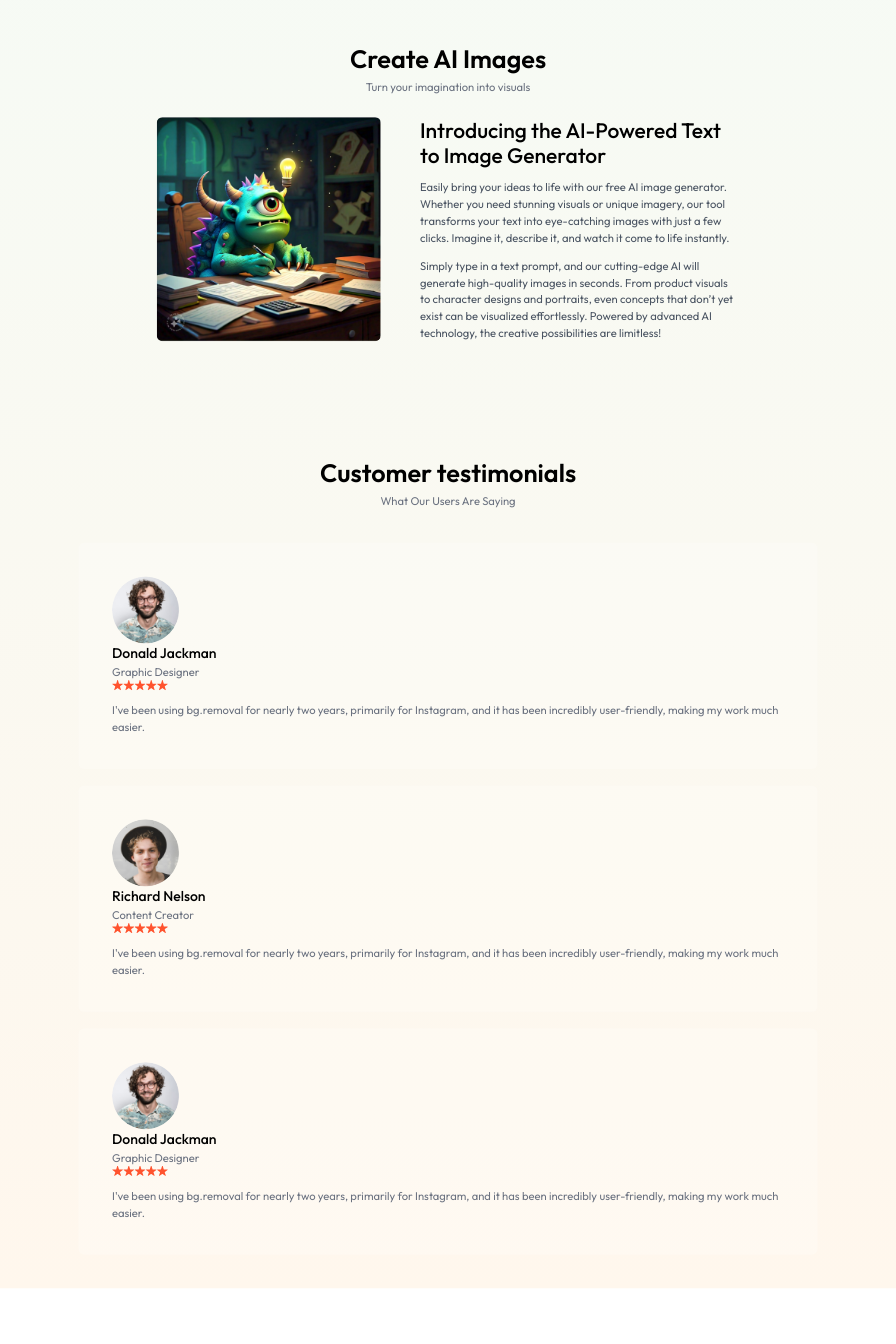
Repository: Abrammse/Abraify
Page: /
The author's editor kept a copy of each file at every save. The page is drawn from the files as they stood at one save, then again after a run of saves.
The browser window is 1280 px wide. The pictures show the part of the page from y = 1359 to 3279 px (the page is 3279 px tall), at 70% of full size.
The project was rebuilt for these pictures with package versions that can differ from the ones it lists, and the page was loaded fresh each time. Also part of the build but not shown: vite.config.js, src/pages/Buycredit.jsx.

Above is the page before, as saved 2024-11-25 12:08:03.

After the next 4 saves:
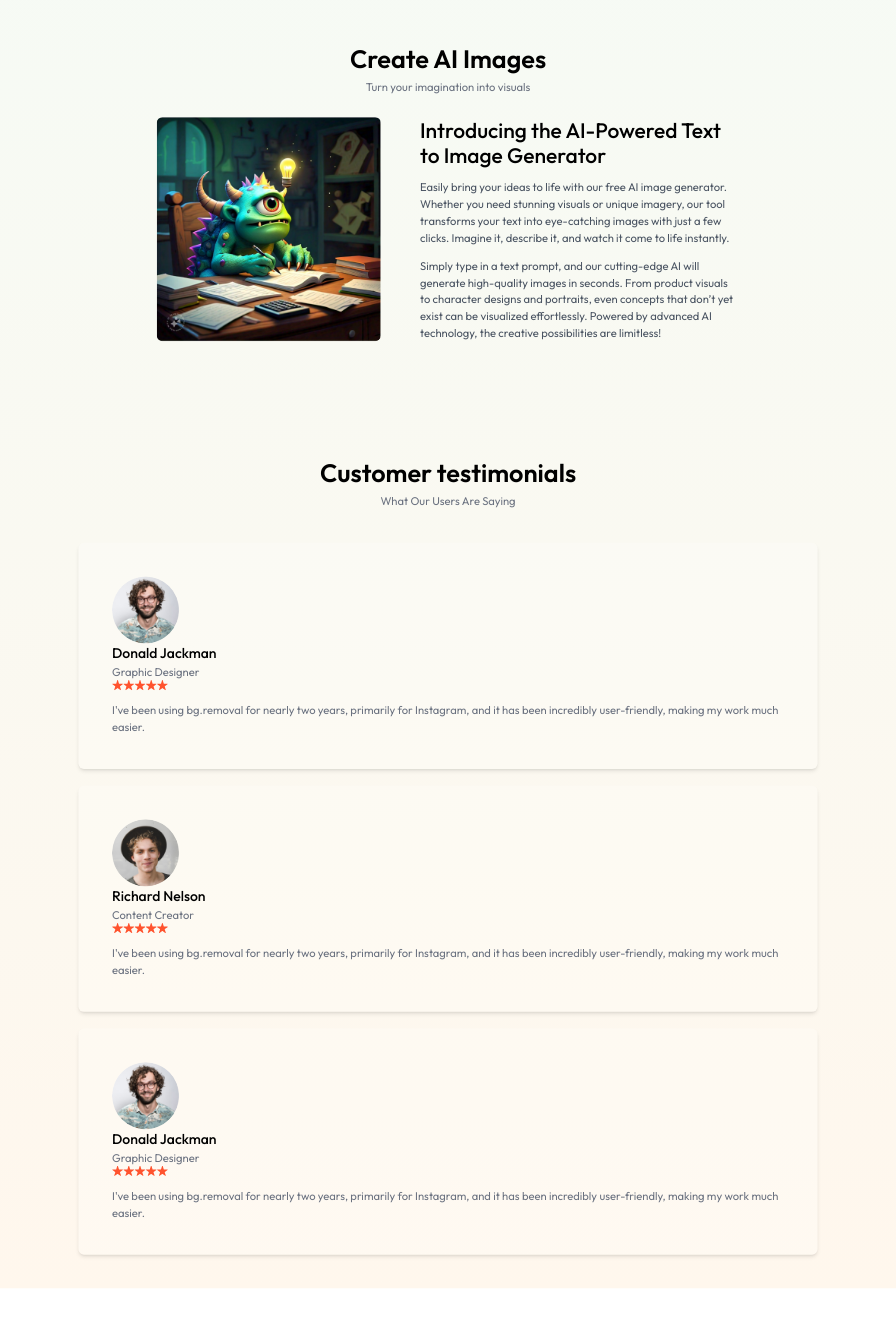
The 4 saves are shown as one change because they came seconds apart.
The last was saved 12 s later.
--- a/src/components/testimonials.jsx
+++ b/src/components/testimonials.jsx
@@ -9,7 +9,7 @@ const Testimonials = () => {
 
             <div className='flex flex-wrap gap-6 '>
         {testimonialsData.map((item,index)=>(
-            <div  key={index}  className='bg-white/20 p-12 rounded-lg shod ' >
+            <div  key={index}  className='bg-white/20 p-12 rounded-lg shadow-md ' >
                 <img src={item.image} alt="" className='rounded-full w-24 ' />
             <div>
                 <h2 className='text-xl  font-medium' > {item.name}</h2>
